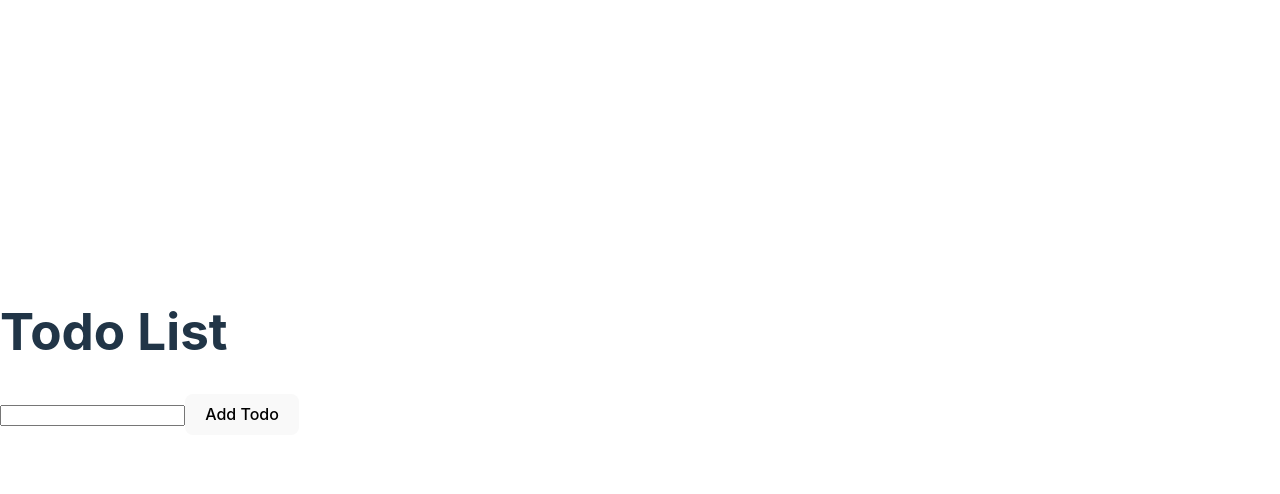
Repository: sinchana-p-iVoyant/mobx-todo
Page: /
These files come from the project's save history. The page is drawn as it stood at one moment and after the next save; the edit follows.
The browser window is 1280 px wide. The pictures show the whole page.
The project was rebuilt for these pictures with package versions that can differ from the ones it lists, and the page was loaded fresh each time. Also part of the build but not shown: vite.config.js.

Above is the page before, as saved 2024-03-07 02:16:15.

After the next save:
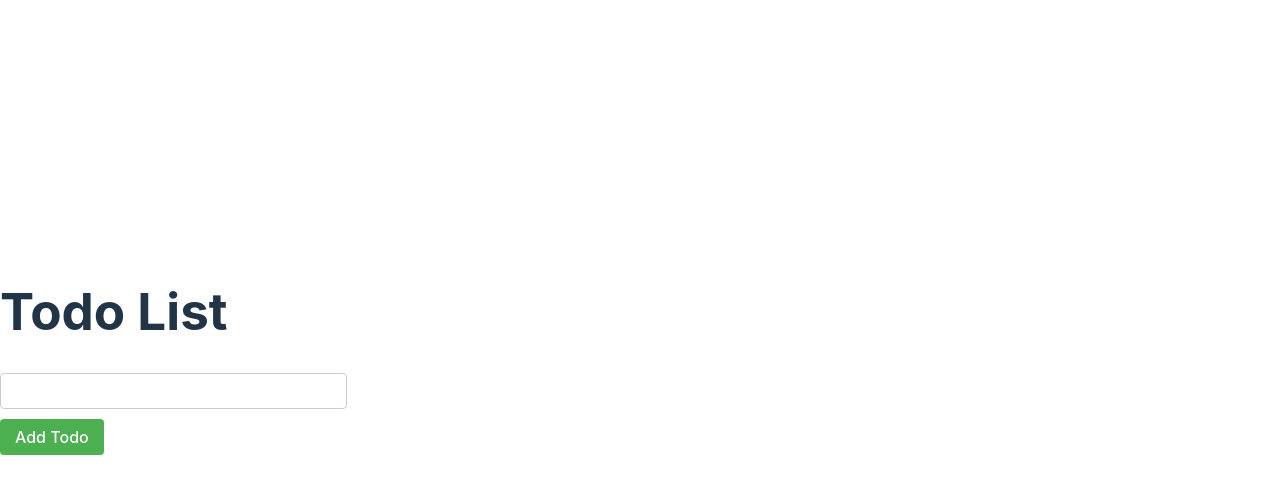
Saved 113 s later.
--- a/src/TodoList.jsx
+++ b/src/TodoList.jsx
@@ -1,7 +1,7 @@
 import { useState } from 'react';
 import { observer } from 'mobx-react-lite';
 import todoStore from './TodoStore';
-import './TodoList.css'
+import './TodoList.css';
 
 const TodoList = () => {
   const [newTodoText, setNewTodoText] = useState('');
@@ -39,33 +39,35 @@ const TodoList = () => {
   };
 
   return (
-    <div>
+    <div className="todo-list-container">
       <input
+        className="todo-input"
         type="text"
         value={newTodoText}
         onChange={(e) => setNewTodoText(e.target.value)}
       />
-      <button onClick={handleAddTodo}>Add Todo</button>
-      <ul>
+      <button className="todo-button" onClick={handleAddTodo}>Add Todo</button>
+      <ul className="todo-list">
         {todoStore.todos.map((todo) => (
-          <li key={todo.id}>
+          <li key={todo.id} className="todo-item">
             {editingTodoId === todo.id ? (
               <>
                 <input
+                  className="todo-input"
                   type="text"
                   value={editedTodoText}
                   onChange={(e) => setEditedTodoText(e.target.value)}
                 />
-                <button onClick={() => handleSaveEditedTodo(todo.id)}>Save</button>
-                <button onClick={handleCancelEditTodo}>Cancel</button>
+                <button className="todo-button edit-button" onClick={() => handleSaveEditedTodo(todo.id)}>Save</button>
+                <button className="todo-button cancel-button" onClick={handleCancelEditTodo}>Cancel</button>
               </>
             ) : (
               <>
                 <span>{todo.text}</span>
-                <button onClick={() => handleStartEditTodo(todo.id, todo.text)}>Edit</button>
+                <button className="todo-button edit-button" onClick={() => handleStartEditTodo(todo.id, todo.text)}>Edit</button>
               </>
             )}
-            <button onClick={() => handleDeleteTodo(todo.id)}>Delete</button>
+            <button className="todo-button delete-button" onClick={() => handleDeleteTodo(todo.id)}>Delete</button>
           </li>
         ))}
       </ul>
